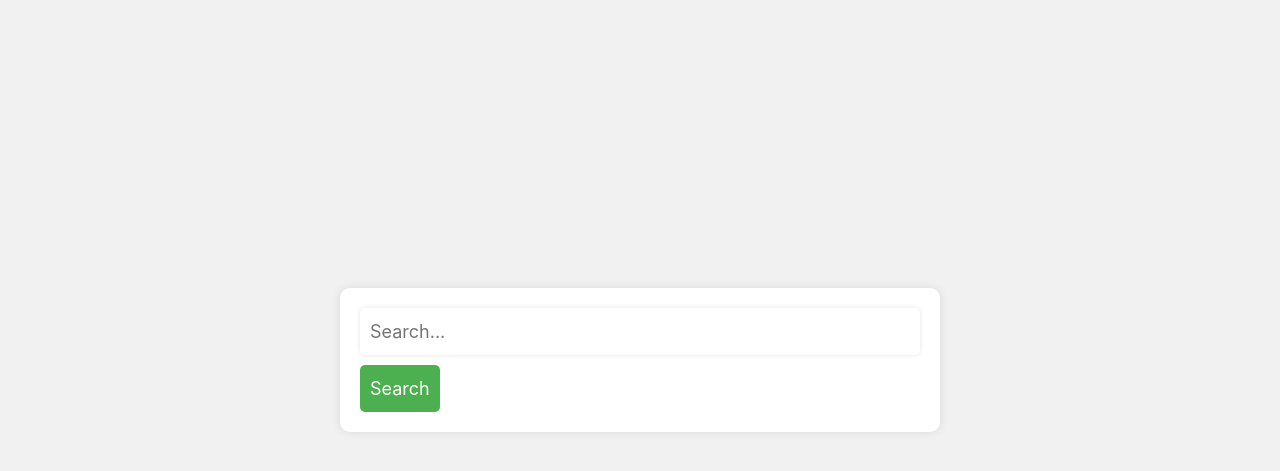
Repository: roistyx/ask-ChatGBT-travel-recommendations
Page: Backend/src/views/main.html
The author's editor kept a copy of each file at every save. The page is drawn from the files as they stood at one save, then again after the next save.
The browser window is 1280 px wide. The pictures show the whole page.

Above is the page before, as saved 2023-03-20 11:37:40.

After the next save:
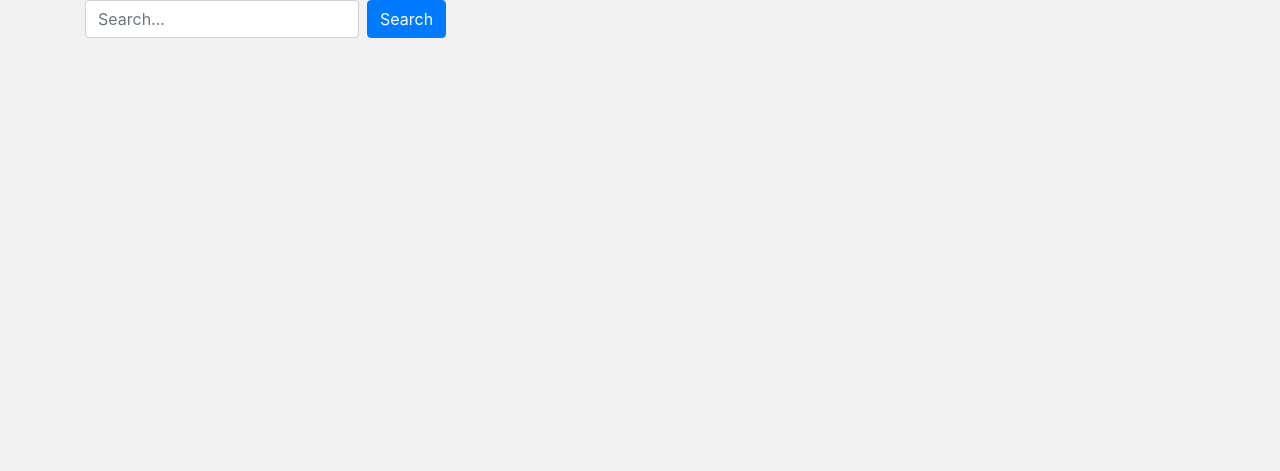
Saved 35 s later.
--- a/Backend/src/views/main.html
+++ b/Backend/src/views/main.html
@@ -2,62 +2,23 @@
 <html>
 
 <head>
-    <title>Google-like Bootstrap Search Form</title>
+    <title>Bootstrap Search Form with Submit Button</title>
     <link rel="stylesheet" href="https://stackpath.bootstrapcdn.com/bootstrap/4.3.1/css/bootstrap.min.css">
     <style>
         body {
             background-color: #f1f1f1;
         }
-
-        .search-container {
-            display: flex;
-            justify-content: center;
-            align-items: center;
-            height: 100vh;
-        }
-
-        .search-box {
-            width: 100%;
-            max-width: 600px;
-            margin: 0 auto;
-            padding: 20px;
-            background-color: #fff;
-            border-radius: 10px;
-            box-shadow: 0px 0px 10px rgba(0, 0, 0, 0.1);
-        }
-
-        .search-box input[type=text] {
-            width: 100%;
-            padding: 10px;
-            border: none;
-            border-radius: 5px;
-            box-shadow: 0px 0px 5px rgba(0, 0, 0, 0.1);
-            font-size: 18px;
-        }
-
-        .search-box button[type=submit] {
-            display: block;
-            margin-top: 10px;
-            padding: 10px;
-            border: none;
-            border-radius: 5px;
-            background-color: #4CAF50;
-            color: #fff;
-            font-size: 18px;
-            cursor: pointer;
-        }
-
-        .search-box button[type=submit]:hover {
-            background-color: #3e8e41;
-        }
     </style>
 </head>
 
 <body>
-    <div class="search-container">
-        <form class="search-box" action="https://www.google.com/search" method="get">
-            <input type="text" name="q" placeholder="Search...">
-            <button type="submit">Search</button>
+    <div class="container">
+        <form class="form-inline" action="https://www.google.com/search" method="get">
+            <div class="form-group mb-2">
+                <label for="search-input" class="sr-only">Search</label>
+                <input type="text" class="form-control" id="search-input" name="q" placeholder="Search...">
+            </div>
+            <button type="submit" class="btn btn-primary mb-2 ml-2">Search</button>
         </form>
     </div>
 </body>
